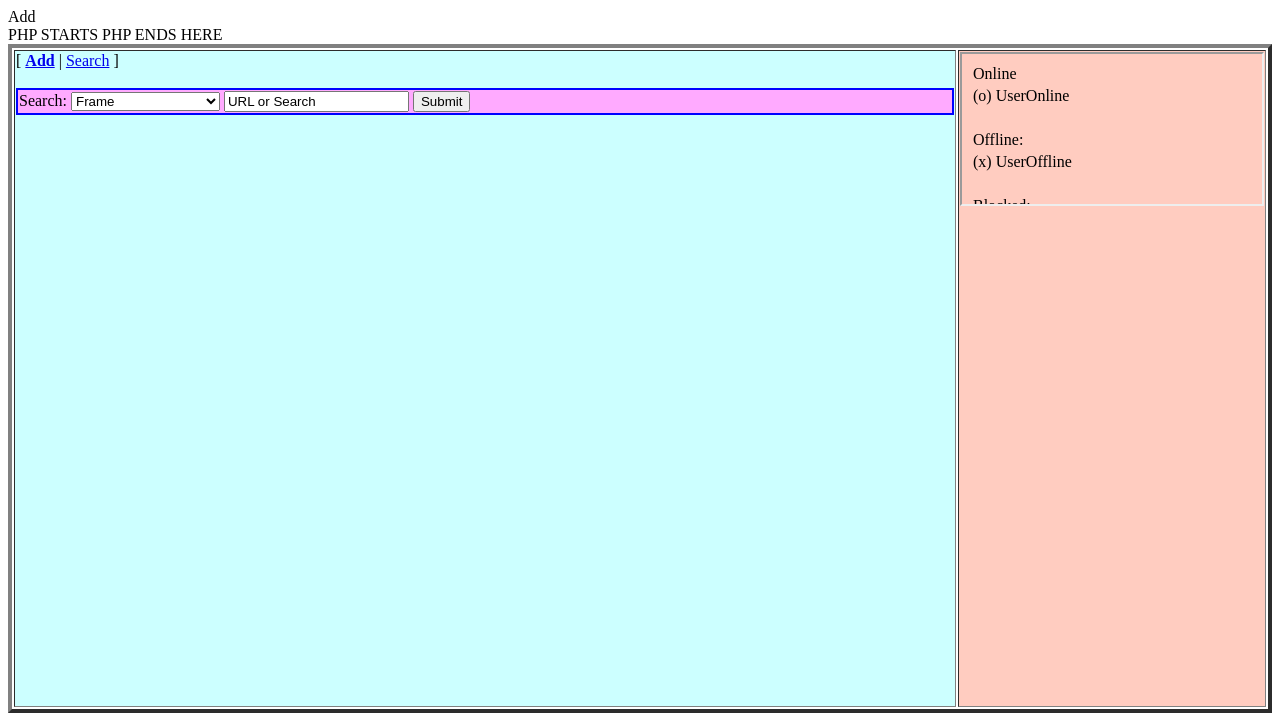
Repository: nevinleiby/SwapRC
Page: http://localhost/add_interface.php
The author's editor kept a copy of each file at every save. The page is drawn from the files as they stood at one save, then again after the next save.
The browser window is 1280 px wide. The pictures show the whole page.
The page is run by PHP 8.4 with error messages shown; the project is at /var/www/html/. Queries for data that is not in the repository find no rows.

Above is the page before, as saved 2019-09-09 01:12:54.

### add_interface.php
<html>
    <title>
        SwapRC:Add
    </title>
    <body>
            Add
            <br>
            PHP STARTS
            <?php
                require_once 'login_cobalt.php';
                $connection = new mysqli($hn, $un, $pw, $db);
                if ($connection->connect_error) die ("Fatal Error");

                // Select the table
                $table_name = 'Receiver';

                $query = "SELECT * FROM $table_name";
                $result = $connection->query($query);

                if (! $result) die ("Fatal Error");
                $rows = $result->num_rows;

                // Step through each result:
                for ($j = 0; $j < $rows ; ++$j)
                {
                   $result->data_seek($j);
                    //echo .htmlspecialchars ($result->fetch_assoc()['test']) . '<br>';
                    echo "((" . $result->fetch_assoc()['frequency'] . '))<br>';
                }


                $result->close();
                $connection->close();
            ?>
            PHP ENDS HERE

            <br>
            <table border=4 width=100% height=95%>
                <tr border=4 height=95%>
                    <td width = 80% border=2 bgcolor="#ccffff" valign=top height=95%>
                        [
                        <b><a href="./add_interface.html">Add</a></b> |
                        <a href="./search_interface.html">Search</a>
                        ]

                        <form>
                        <br>
                        <table width=100% height=95% bgcolor=blue>
                            <tr height=95% style="height:95%">
                                <td valign=top bgcolor="#ffaaff" style="height:95%">
                                    Search:
                                    <select name="category">
                                            <option value = "frame">Frame</option>
                                            <option value = "fc">Flight Controller</option>
                                            <option value = "esc">ESC</option>
                                            <option value = "motor">Motors</option>
                                            <option value = "propeller">Propeller</option>
                                            <option value = "fpv_camera">FPV Camera</option>
                                            <option value = "transmitter">Transmitter</option>
                                            <option value = "antenna">Antenna</option>
                                            <option value = "vtx">VTX</option>
                                            <option value = "receiver">Receiver</option>
                                            <option value = "battery">Battery</option>
                                            <option value = "pdb">PDB</option>
                                            <option value = "hardware">Hardware</option>
                                            <option value = "3d_print">3D Prints</option>
                                            <option value = "goggles">FPV Goggles</option>
                                            <option value = "video_monitors">FPV Video Monitors</option>
                                            <option value = "video_receivers">FPV Video Receivers</option>
                                            <option value = "swag">Swag</option>
                                    </select>
                                    <input type=text name="Name" value = "URL or Search" >
                                    <input type=submit name="submit">


                                </td>

                            </tr>
                        </table>
                        </form>

                    </td>
                    <td border=2 bgcolor="ffccccc" valign=top height=95%>
                        <frameset>
                            <iframe src="./frame_users.html">
                        </frameset>
                    </td>
                </tr>
            </table>
    </body>

</html>

### login_cobalt.php
<?php
    // login_cobalt.php
    $hn = 'localhost';
    $db = 'swaprc';
    $un = 'nevin';
    $pw = 'kdie4all';
?>

### frame_users.html
<html>
    <title>
        SwapRC : Users
    </title>
    <body>
        <table>
            <tr><td>Online</td></tr>
            <tr><td>(o) UserOnline</td></tr>

            <tr><td>&nbsp;</td></tr>
            <tr><td>Offline:</td></tr>
            <tr><td>(x) UserOffline</td></tr>

            <tr><td>&nbsp;</td></tr>
            <tr><td>Blocked:</td></tr>
            <tr><td>(b) UserBlocked</td></tr>

        </table>
    </body>
</html>

After the next save:
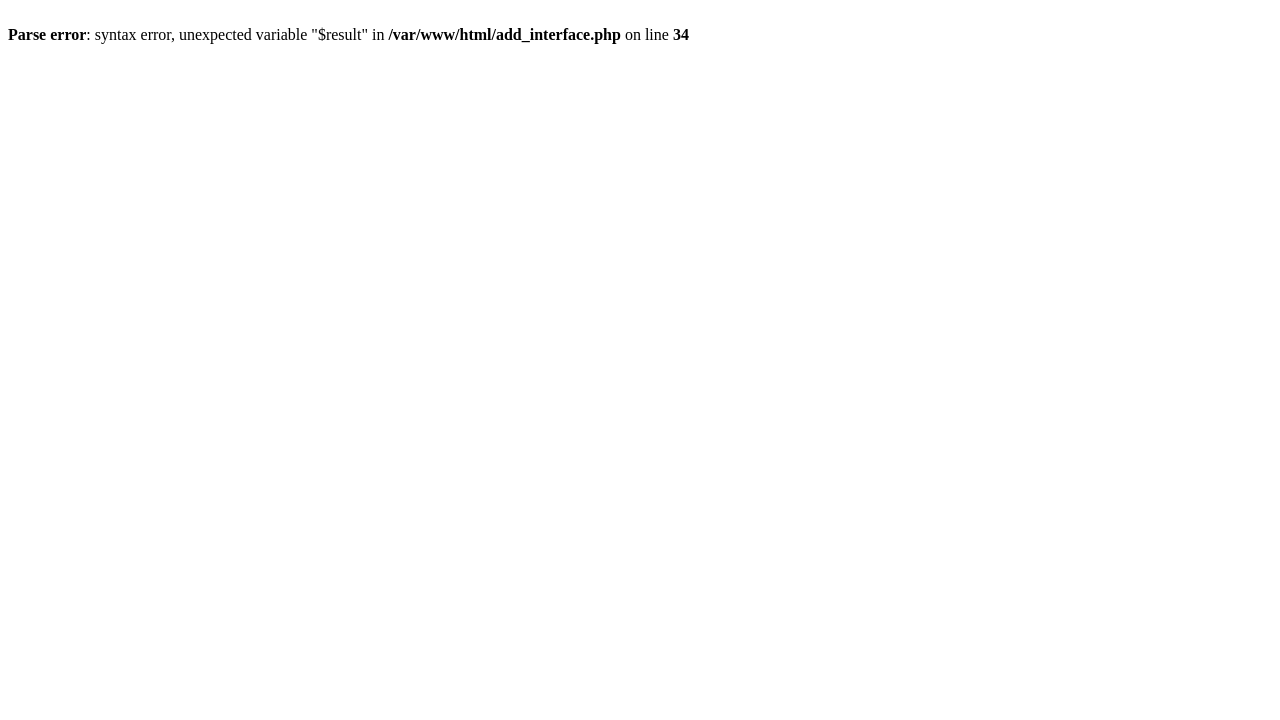
Saved 48 s later.
--- a/add_interface.php
+++ b/add_interface.php
@@ -27,6 +27,8 @@
                     //echo .htmlspecialchars ($result->fetch_assoc()['test']) . '<br>';
                     echo "((" . $result->fetch_assoc()['frequency'] . '))<br>';
                 }
+
+                printf($rows)
 
 
                 $result->close();

After the save that followed:
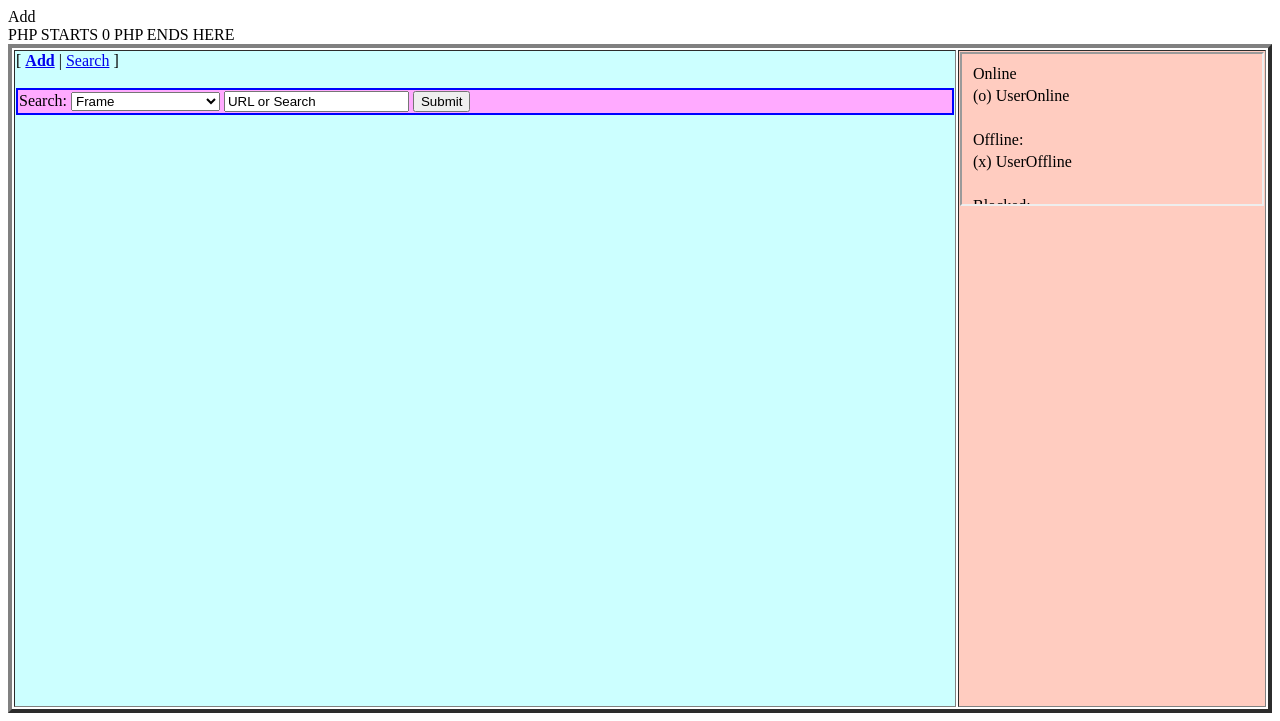
Saved 6 s later.
--- a/add_interface.php
+++ b/add_interface.php
@@ -28,7 +28,7 @@
                     echo "((" . $result->fetch_assoc()['frequency'] . '))<br>';
                 }
 
-                printf($rows)
+                printf($rows);
 
 
                 $result->close();
